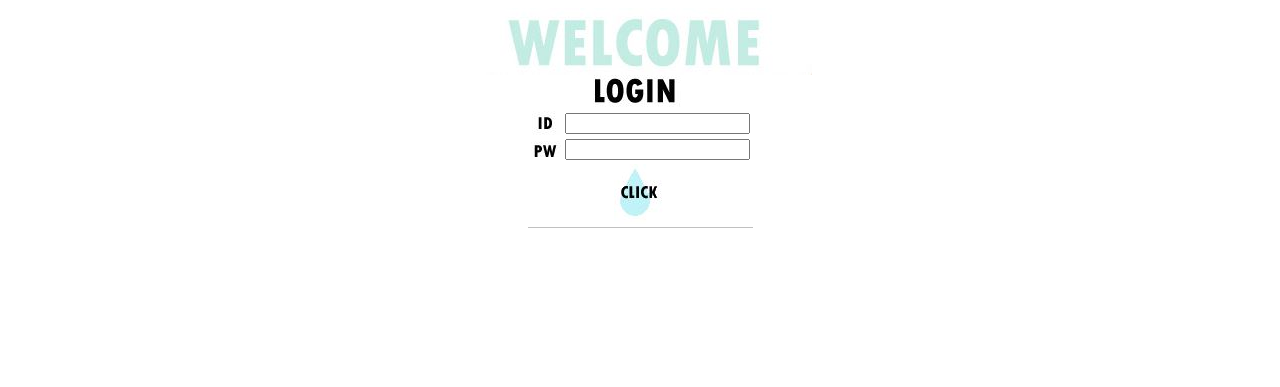
Repository: kminjoo/Making-website-using-JSP
Page: http://localhost/website_project/SessionMemberLogin.jsp
The author's editor kept a copy of each file at every save. The page is drawn from the files as they stood at one save, then again after the next save.
The browser window is 1280 px wide. The pictures show the whole page.
The page is served by Tomcat 9. Other server files are loaded and not shown.

Above is the page before, as saved 2015-07-21 14:05:36.

### website_project/WebContent/SessionMemberLogin.jsp
<%@ page language="java" contentType="text/html; charset=EUC-KR"
    pageEncoding="EUC-KR"%>
<%
	String memberId = (String)session.getAttribute("memID");
	if(memberId != null){
%>
<script>
	alert("You are already logged in.");
	location.href = "SessionLoginConfirm.jsp";
</script>
<%} %>
<!DOCTYPE html PUBLIC "-//W3C//DTD HTML 4.01 Transitional//EN" "http://www.w3.org/TR/html4/loose.dtd">
<html>
<head>
<meta http-equiv="Content-Type" content="text/html; charset=EUC-KR">
<title>Welcome to Minjoo's Website!</title>
<link href="style.css" rel="stylesheet" type="text/css">
<script language="JavaScript" src="script.js"> </script>
</head>
<body>
<div align = "center">
	<img src="<%= request.getContextPath() %>/images/welcome.JPG"/>
</div>
<div align = "center">
	<img src = "<%= request.getContextPath() %>/images/login.JPG"/>
</div>
<form name="loginform" method="post" action="SessionMemberLoginOK.jsp">
<table align="center">

<tr>
	<td><div align="center"><img src = "<%= request.getContextPath() %>/images/id.JPG"/></div></td>
	<td><div align="center"><input type="text" name="memberid"></div></td>
</tr>
<tr>
	<td><div align="center"><img src = "<%= request.getContextPath() %>/images/pw.JPG"/></div></td>
	<td><div align="center"><input type="password" name="memberpw"></div></td>
</tr>
<tr>
	<td colspan="2"><div align="center">
		<input type="image" src="<%= request.getContextPath() %>/images/click.JPG" onClick = "submit()">
		</div></td>
</tr>

</table>
</form>
</body>
</html>

### website_project/WebContent/style.css
@CHARSET "EUC-KR";

hr {
    display: block;
    margin-top: 0.5em;
    margin-bottom: 0.5em;
    margin-left: auto;
    margin-right: auto;
    border-style: inset;
    border-width: 1px;
}

/*table {
    display: table;
    border-collapse: collpase;
    border-spacing: 0px;
    border-color: #EFEFEF;
}*/

table{table-layout:fixed;border-top:0px solid #c0c0c0;border-bottom:1px solid #c0c0c0;}

### website_project/WebContent/script.js
/**
 *
 */


function loginCheck(){
	if(document.login.mem_id.value==""){
		alert("Enter your ID.");
		document.login.mem_id.focus();
		return;
	}
	if(document.login.mem_passwd.value==""){
		alert("Enter your password.");
		document.login.mem_passwd.focus();
		return;
	}
	document.login.submit();

}

function memberReg(){
	location.href ="Register.jsp";
}
function idCheck(id){
	if(id == ""){
	alert("Enter your ID.");
	document.regForm.mem_id.focus();
	}else{
		url="IdCheck.jsp?mem_id=" + id;
		window.open(url,"post","width=300,height=150");
	}
}

function inputCheck(){
	if(document.regForm.mem_id.value==""){
		alert("Enter your ID.");
		document.regForm.mem_id.focus();
		return;
	}
	if(document.regForm.mem_password.value==""){
		alert("Enter your Password.");
		document.regForm.mem_password.focus();
		return;
	}
	if(document.regForm.mem_repasswd.value==""){
		alert("Enter your Password.");
		document.regForm.mem_repasswd.focus();
		return;
	}

	if(document.regForm.mem_password.value != document.regForm.mem_repasswd.value){
		alert("Passwords do not match.");
		document.regForm.mem_passwd.focus();
		return;
	}

	if(document.regForm.mem_firstname.value==""){
		alert("Enter your first name.");
		document.regForm.mem_firstname.focus();
		return;
	}
	if(document.regForm.mem_lastname.value==""){
		alert("Enter your last name.");
		document.regForm.mem_lastname.focus();
		return;
	}
	if(document.regForm.mem_email.value==""){
		alert("Enter your email address.");
		document.regForm.mem_email.focus();
		return;
	}
	if(document.regForm.mem_phone1.value==""){
		alert("Enter your phone number.");
		document.regForm.mem_phone1.focus();
		return;
	}
	if(document.regForm.mem_phone2.value==""){
		alert("Enter your phone number.");
		document.regForm.mem_phone2.focus();
		return;
	}
	if(document.regForm.mem_phone3.value==""){
		alert("Enter your phone number.");
		document.regForm.mem_phone3.focus();
		return;
	}

	var str = document.regForm.mem_email.value;
	var atPos = str.indexOf('@');
	var atLastPos = str.lastIndexOf('@');
	var dotPos = str.indexOf('.');
	var spacePos = str.indexOf(' ');
	var commaPos = str.indexOf(',');
	var emailSize = str.length;

	if(atPos>1 && atPos == atLastPos && dotPos > 3 && spacePos == -1 &&
			commaPos == -1 && atPos + 1 < dotPos && dotPos + 1 < emailSize );
	else{
		alert("This e-mail address is incorrectly formatted. \n\r Please try again.");
		document.regForm.mem_email.focus();
		return;
	}

	document.regForm.submit();
}

function inputCheck2(){
	if(document.regForm.mem_id.value==""){
		alert("Enter your ID.");
		document.regForm.mem_id.focus();
		return;
	}
	if(document.regForm.mem_password.value==""){
		alert("Enter your Password.");
		document.regForm.mem_password.focus();
		return;
	}

	if(document.regForm.mem_firstname.value==""){
		alert("Enter your first name.");
		document.regForm.mem_firstname.focus();
		return;
	}
	if(document.regForm.mem_lastname.value==""){
		alert("Enter your last name.");
		document.regForm.mem_lastname.focus();
		return;
	}
	if(document.regForm.mem_email.value==""){
		alert("Enter your email address.");
		document.regForm.mem_email.focus();
		return;
	}
	if(document.regForm.mem_phone1.value==""){
		alert("Enter your phone number.");
		document.regForm.mem_phone1.focus();
		return;
	}
	if(document.regForm.mem_phone2.value==""){
		alert("Enter your phone number.");
		document.regForm.mem_phone2.focus();
		return;
	}
	if(document.regForm.mem_phone3.value==""){
		alert("Enter your phone number.");
		document.regForm.mem_phone3.focus();
		return;
	}

	var str = document.regForm.mem_email.value;
	var atPos = str.indexOf('@');
	var atLastPos = str.lastIndexOf('@');
	var dotPos = str.indexOf('.');
	var spacePos = str.indexOf(' ');
	var commaPos = str.indexOf(',');
	var emailSize = str.length;

	if(atPos>1 && atPos == atLastPos && dotPos > 3 && spacePos == -1 &&
			commaPos == -1 && atPos + 1 < dotPos && dotPos + 1 < emailSize );
	else{
		alert("This e-mail address is incorrectly formatted. \n\r Please try again.");
		document.regForm.mem_email.focus();
		return;
	}

	document.regForm.submit();
}

function win_close()
{
	self.close();
}

function searchInputCheck(sform){
	if(sform.search.value==""){
	alert("Enter what you want to search");
	sform.search.focus();
	return false;
}
	sform.submit();
}

After the next save:
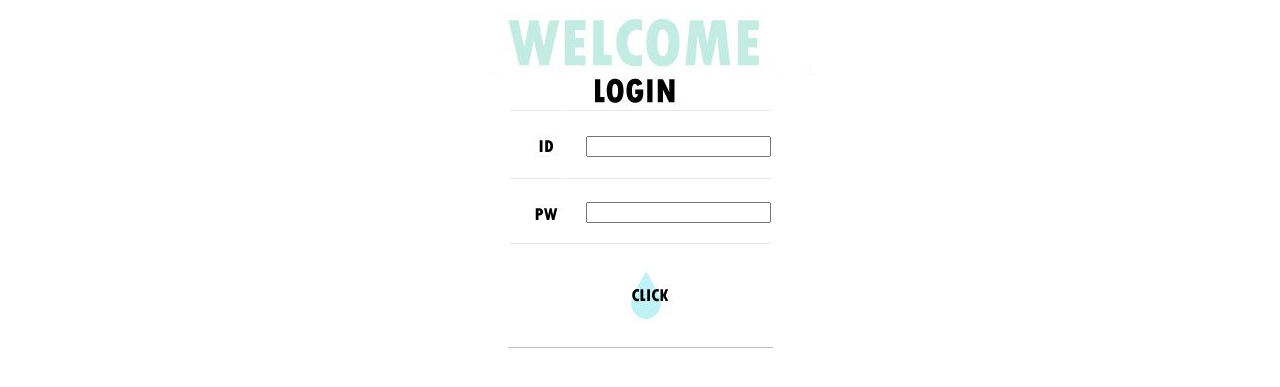
Saved 28 s later.
--- a/website_project/WebContent/style.css
+++ b/website_project/WebContent/style.css
@@ -18,3 +18,5 @@ hr {
 }*/
 
 table{table-layout:fixed;border-top:0px solid #c0c0c0;border-bottom:1px solid #c0c0c0;}
+
+td{width:auto;padding:23px 0 18px 22px;border-top:1px solid #e7e7e7;color:#8f8f8f;line-height:140%;font-size:11px;}
